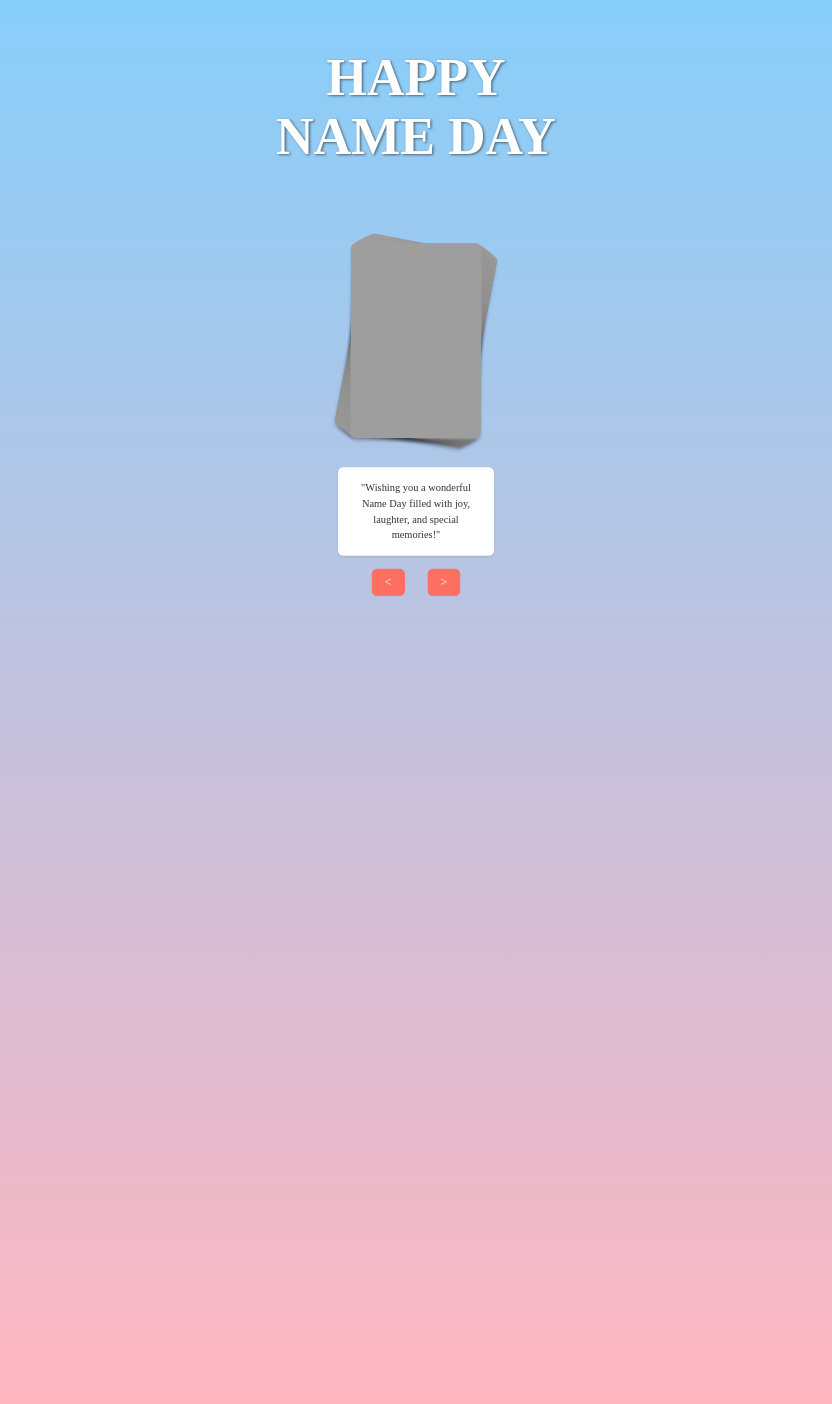
Repository: naps00/BIRTHDAY
Page: /details
An editor plug-in stored every save of this project. The page is shown before and after a run of saves, followed by the edit.
The browser window is 1280 px wide. The pictures show the whole page, at 65% of full size.
Pictures or frames that could not be fetched are drawn as grey boxes. The project was rebuilt for these pictures with package versions that can differ from the ones it lists, and the page was loaded fresh each time.

Above is the page before, as saved 2024-12-12 19:50:46.

### src/App.js
import React, { useState } from 'react';
import { BrowserRouter as Router, Route, Routes, Link } from 'react-router-dom';
import './App.css';
import Details from './details.js'; // นำเข้า Details.js

function Home() {
  const [showModal, setShowModal] = useState(false);

  // เมื่อวีดีโอจบ ให้แสดง modal
  const handleVideoEnd = () => {
    setShowModal(true);
  };

  return (
    <div className="App">
      <div className="container">
        <div className="text-section" style={{ flex: 1, display: 'flex', flexDirection: 'column', justifyContent: 'center', alignItems: 'center', textAlign: 'center', height: '100vh', color: 'black', fontSize: 'calc(3vw + 0vh)', fontWeight: 'bold' }}>
          <h2>HAPPY BIRTHDAY !!</h2>
          <p>MY LOVE ♡ </p>
          <img src="https://img2.pic.in.th/pic/fc8c0bdfae313c2ffd700a21b05915d6-removebg-preview.png" alt="Happy Birthday Decoration" style={{width: '200px', height: '200PX' }} />
        </div>

        <div className="video-section">
          <video
            className="video-player"
            controls
            onEnded={handleVideoEnd}
          >
            <source src="https://v1.pinimg.com/videos/mc/720p/3d/2a/3c/3d2a3ca4078af4f14258938781ed5f8e.mp4" type="video/mp4" />
            Your browser does not support the video tag.
          </video>
        </div>
      </div>

      {/* Modal */}
      {showModal && (
        <div className="modal-backdrop">
          <div className="modal-content">
            <h2>Are you ready?</h2>
            {/* เปลี่ยนปุ่ม "ปิด" ให้เป็นลิงค์ไปยังหน้า /details */}
            <Link to="/details">
              <button className="pulse">GO !!</button>
            </Link>
          </div>
        </div>
      )}

      {/* เพิ่มอิโมจิที่วิ้งๆ */}
      <div className="emoji">🌟</div>
      <div className="emoji2">✨</div>
      <div className="emoji3">💕</div>

    </div>
  );
}

function App() {
  return (
    <Router>
      <Routes>
        <Route path="/" element={<Home />} />
        <Route path="/details" element={<Details />} /> {/* เพิ่มเส้นทางสำหรับหน้า /details */}
      </Routes>
    </Router>
  );
}

export default App;

### src/App.css
/* การจัด layout ของแอปพลิเคชัน */
.App {
  background-color: white;
  min-height: 100vh;
  display: flex;
  justify-content: center;
  align-items: center;
}

/* ส่วนที่ใช้จัด layout */
.container {
  display: flex;
  flex-direction: row; /* แบ่งพื้นที่ออกเป็น 2 ส่วน */
  width: 100%;
  height: 100vh;
}

/* ส่วนข้อความ */
.text-section {
  flex: 1;
  display: flex;
  flex-direction: column;
  justify-content: center;
  align-items: center;
  padding: 20px;
  background-color: #f9f9f9;
}

.text-section h1 {
  margin-bottom: 20px;
}

/* ส่วนวีดีโอ */
.video-section {
  flex: 1;
  display: flex;
  justify-content: center;
  align-items: center;
  background-color: #000;
}

.video-player {
  width: 100%; /* ให้วีดีโอเต็มความกว้าง */
  height: 100%; /* ให้วีดีโอเต็มความสูง */
  object-fit: cover; /* ปรับวีดีโอให้เต็มพื้นที่โดยไม่เสียสัดส่วน */

/* การแสดง modal */
}
.modal-backdrop {
  position: fixed;
  top: 0;
  left: 0;
  width: 100%;
  height: 100%;
  background: rgba(0, 0, 0, 0.7);
  display: flex;
  justify-content: center;
  align-items: center;
  z-index: 100; /* ทำให้ modal อยู่เหนือสิ่งอื่น */
  animation: fadeInPop 0.5s ease-out;
}

/* เพิ่ม z-index ให้ modal-content */
.modal-content {
  background: white;
  padding: 20px;
  border-radius: 10px;
  text-align: center;
  box-shadow: 0 2px 10px rgba(0, 0, 0, 0.3);
  animation: slideUp 0.3s ease-out;
  z-index: 101; /* ทำให้เนื้อหาของ modal อยู่เหนือ backdrop */
}

/* การแอนิเมชัน fade-in และ pop-up สำหรับ modal backdrop */
@keyframes fadeInPop {
  0% {
    opacity: 0;
    transform: scale(0.8);
  }
  100% {
    opacity: 1;
    transform: scale(1);
  }
}

body {
  font-family: 'Coiny', cursive;
  margin: 0;
  padding: 0;
  box-sizing: border-box;
  background-color: #fef9ef;
  color: #333;
}

h1, h2, p {
  font-family: 'Coiny', cursive; /* ฟอนต์ใหม่สำหรับข้อความ */
}

button {
  font-family: 'Coiny', cursive;
  font-size: 1.2rem;
  background-color: #ff6f61;
  color: #fff;
  padding: 10px 20px;
  border: none;
  border-radius: 8px;
  cursor: pointer;
  transition: background-color 0.3s ease, transform 0.3s ease;
}

button:hover {
  background-color: #ff3d3d;
  transform: scale(1.1);
}

/* การแอนิเมชัน slide-up สำหรับ modal content */
@keyframes slideUp {
  0% {
    transform: translateY(20px);
    opacity: 0;
  }
  100% {
    transform: translateY(0);
    opacity: 1;
  }
}

.modal-content h2 {
  margin-bottom: 20px;
}

.modal-content button {
  padding: 10px 20px;
  background-color: #007bff;
  color: white;
  border: none;
  border-radius: 5px;
  cursor: pointer;
  transition: transform 0.3s ease, background-color 0.3s ease;
}

/* เอฟเฟกต์เมื่อ hover ปุ่ม */
.modal-content button:hover {
  background-color: #0056b3;
  transform: scale(1.1); /* ขยายขนาดปุ่มเมื่อ hover */
}

/* เอฟเฟกต์การเต้นของปุ่ม */
@keyframes pulse {
  0% {
    transform: scale(1);
    opacity: 1;
  }
  50% {
    transform: scale(1.1);
    opacity: 0.8;
  }
  100% {
    transform: scale(1);
    opacity: 1;
  }
}

.pulse {
  animation: pulse 1.5s infinite;
}

/* อิโมจิวิ้งๆ */
.emoji {
  position: fixed;
  top: 30%;
  right: 50%;
  font-size: 30px;
  animation: smoothBounce 1.4s infinite;
  z-index: 50; /* ทำให้ไอคอนอิโมจิอยู่ใต้ modal */
}
.emoji2 {
  position: fixed;
  top: 18%;
  right: 97%;
  font-size: 30px;
  animation: smoothBounce 1.5s infinite;
  z-index: 50; /* ทำให้ไอคอนอิโมจิอยู่ใต้ modal */
}
.emoji3 {
  position: fixed;
  top: 63%;
  right: 65%;
  font-size: 50px;
  animation: smoothBounce 3s infinite;
  z-index: 50; /* ทำให้ไอคอนอิโมจิอยู่ใต้ modal */
}
/* การกระพิบ */
/* @keyframes fadeInOut {
  0%, 100% {
    opacity: 0;
  }
  50% {
    opacity: 1;
  }
}

.fade {
  animation: fadeInOut 1s infinite;
} */

/* การแอนิเมชันวิ้ง */
@keyframes smoothBounce {
  0%, 100% {
    transform: translateY(0);
    opacity: 1;
  }
  25% {
    transform: translateY(-1px);
    opacity: 1;
  }
  50% {
    transform: translateY(-1px);
    opacity: 1;
  }
  75% {
    transform: translateY(5px);
    opacity: 1;
  }
}


/* การแอนิเมชัน zoom-in */
@keyframes zoomIn {
  0% {
    transform: scale(0.8);
    opacity: 0;
  }
  100% {
    transform: scale(1);
    opacity: 1;
  }
}

.zoom-in {
  animation: zoomIn 0.4s ease-out;
}

/* เอฟเฟกต์ fade-in สำหรับเนื้อหาที่โหลด */
.fade-in {
  opacity: 0;
  animation: fadeIn 1s forwards;
}

@keyframes fadeIn {
  from {
    opacity: 0;
  }
  to {
    opacity: 1;
  }
}

### src/details.js
import React, { useState } from 'react';
import { useSwipeable } from 'react-swipeable'; // นำเข้า useSwipeable
import './details.css';

function Details() {
  const images = [
    "https://img2.pic.in.th/pic/C14EEE1A-1C6E-4778-85B7-4833D53D43EB.jpeg",
    "https://img5.pic.in.th/file/secure-sv1/618E6171-BADE-42BC-A018-2EA60935F70F.jpeg",
    "https://img5.pic.in.th/file/secure-sv1/IMG_448429fe121e41b2f430.jpeg",
    "https://img5.pic.in.th/file/secure-sv1/IMG_64786800a538a371f8ae.jpeg",
    "https://img2.pic.in.th/pic/IMG_18254b9a0e0ef262515a.jpeg",
    "https://img2.pic.in.th/pic/IMG_750821c6a0b5848c84f8.jpeg",
    "https://img2.pic.in.th/pic/IMG_217360495c125ab56c81.jpeg",
    "https://img5.pic.in.th/file/secure-sv1/IMG_79057ffcc3e4b6cb96bc.jpeg",
    "https://img2.pic.in.th/pic/IMG_7834161695a4292d3799.jpeg",
    "https://img5.pic.in.th/file/secure-sv1/IMG_7833a600a5964cb97987.jpeg",
    "https://img5.pic.in.th/file/secure-sv1/IMG_7669dbd275c5d25b60ea.jpeg",
    "https://img2.pic.in.th/pic/IMG_791818c257fcaec84a84.jpeg"
  ];

  const [currentIndex, setCurrentIndex] = useState(0);

  const handlers = useSwipeable({
    onSwipedLeft: () => handleNext(),
    onSwipedRight: () => handlePrev(),
    preventDefaultTouchmoveEvent: true,
    trackMouse: true
  });

  const handleNext = () => {
    setCurrentIndex((currentIndex + 1) % images.length);
  };

  const handlePrev = () => {
    setCurrentIndex((currentIndex - 1 + images.length) % images.length);
  };

  return (
    <div className="details-page" style={{ overflowY: 'auto', maxHeight: '100vh', padding: '20px' }}>
      <div className="header-text" style={{ textAlign: 'center' }}>
        <h1>HAPPY <br /> NAME DAY</h1>
      </div>

      <div className="card-stack" {...handlers} style={{ position: 'relative', height: '350px', marginBottom: '20px' }}>
        {images.map((src, index) => {
          const zIndex = images.length - Math.abs(currentIndex - index);
          const rotation = (index - currentIndex) * 1; // การหมุนภาพ
          const offset = (index - currentIndex) * 0; // ระยะเลื่อน

          return (
            <img
              key={index}
              src={src}
              alt={`Slide ${index + 1}`}
              className="card"
              style={{
                zIndex: zIndex,
                position: 'absolute',
                left: '50%',
                top: '50%',
                transform: `translate(-50%, -50%) rotate(${rotation}deg)`,
                marginTop: `${offset}px`,
                width: '200px',
                height: '300px',
                borderRadius: '8px',
                boxShadow: '0 4px 6px rgba(0, 0, 0, 0.1)',
              }}
            />
          );
        })}
      </div>

      <div
        className="card-message"
        style={{
          margin: '0 auto',
          width: '90%',
          maxWidth: '200px',
          padding: '20px',
          borderRadius: '8px',
          backgroundColor: '#fff',
          boxShadow: '0 2px 4px rgba(0, 0, 0, 0.1)',
          textAlign: 'center',
          fontSize: '16px',
          lineHeight: '1.5',
        }}
      >
        "Wishing you a wonderful Name Day filled with joy, laughter, and special memories!"
      </div>

      <div className="controls" style={{ textAlign: 'center', marginTop: '20px' }}>
        <button onClick={handlePrev} style={{ margin: '0 10px', padding: '10px 20px' }}>
          &lt;
        </button>
        <button onClick={handleNext} style={{ margin: '0 10px', padding: '10px 20px' }}>
          &gt;
        </button>
      </div>

      <audio autoPlay loop>
        <source src="https://www.soundhelix.com/examples/mp3/SoundHelix-Song-1.mp3" type="audio/mp3" />
        Your browser does not support the audio element.
      </audio>
    </div>
  );
}

export default Details;

### src/details.css
.details-page {
  display: flex;
  flex-direction: column;
  align-items: center;
  justify-content: flex-start;
  min-height: 300vh; /* กำหนดความสูงขั้นต่ำ */
  background: linear-gradient(to bottom, #87CEFA, #FFB6C1);
  padding: 40px; /* เพิ่มระยะห่างจากขอบ */
  overflow-y: auto; /* ให้เลื่อนแนวตั้งได้ */
  box-sizing: border-box;
}

.card-stack {
  position: relative;
  width: 100%; /* ใช้พื้นที่เต็มความกว้าง */
  max-width: 400px; /* จำกัดขนาดความกว้าง */
  margin-top: 40px; /* เพิ่มระยะห่างระหว่างภาพกับส่วนบน */
  display: flex;
  flex-direction: column; /* จัดเรียงแนวตั้ง */
  align-items: center;
  gap: 20px; /* ระยะห่างระหว่างแต่ละรูป */
}
.header-text {
  text-align: center;
  color: white;
  text-shadow: 2px 2px 4px rgba(0, 0, 0, 0.5);
  font-size: 2.5rem;
}
.card {
  width: 200px; /* เพิ่มขนาดความกว้าง */
  height: 300px; /* เพิ่มขนาดความสูง */
  border-radius: 10px;
  box-shadow: 0 40px 8px rgba(0, 0, 0, 0.2);
}

.text-box {
  margin-top: 30px; /* เพิ่มระยะห่างระหว่างภาพและข้อความ */
  padding: 20px; /* ขยายพื้นที่ข้อความ */
  width: 100%;
  max-width: 500px; /* ขยายขนาดกล่องข้อความ */
  background: #ffffff;
  border: 1px solid #ddd;
  border-radius: 10px;
  box-shadow: 0 4px 8px rgba(0, 0, 0, 0.1);
  text-align: center; /* จัดข้อความให้อยู่กึ่งกลาง */
  font-size: 18px; /* เพิ่มขนาดตัวอักษร */
  line-height: 1.6; /* เพิ่มความสูงระหว่างบรรทัด */
}

.controls {
  margin-top: 30px; /* ระยะห่างระหว่างปุ่มกับข้อความ */
  display: flex;
  justify-content: center;
  gap: 15px; /* เพิ่มระยะห่างระหว่างปุ่ม */
}

Loaded but not shown: public/index.html (common file); src/index.js (common file); src/index.css (common file); src/reportWebVitals.js (common file)

After the next 3 saves:
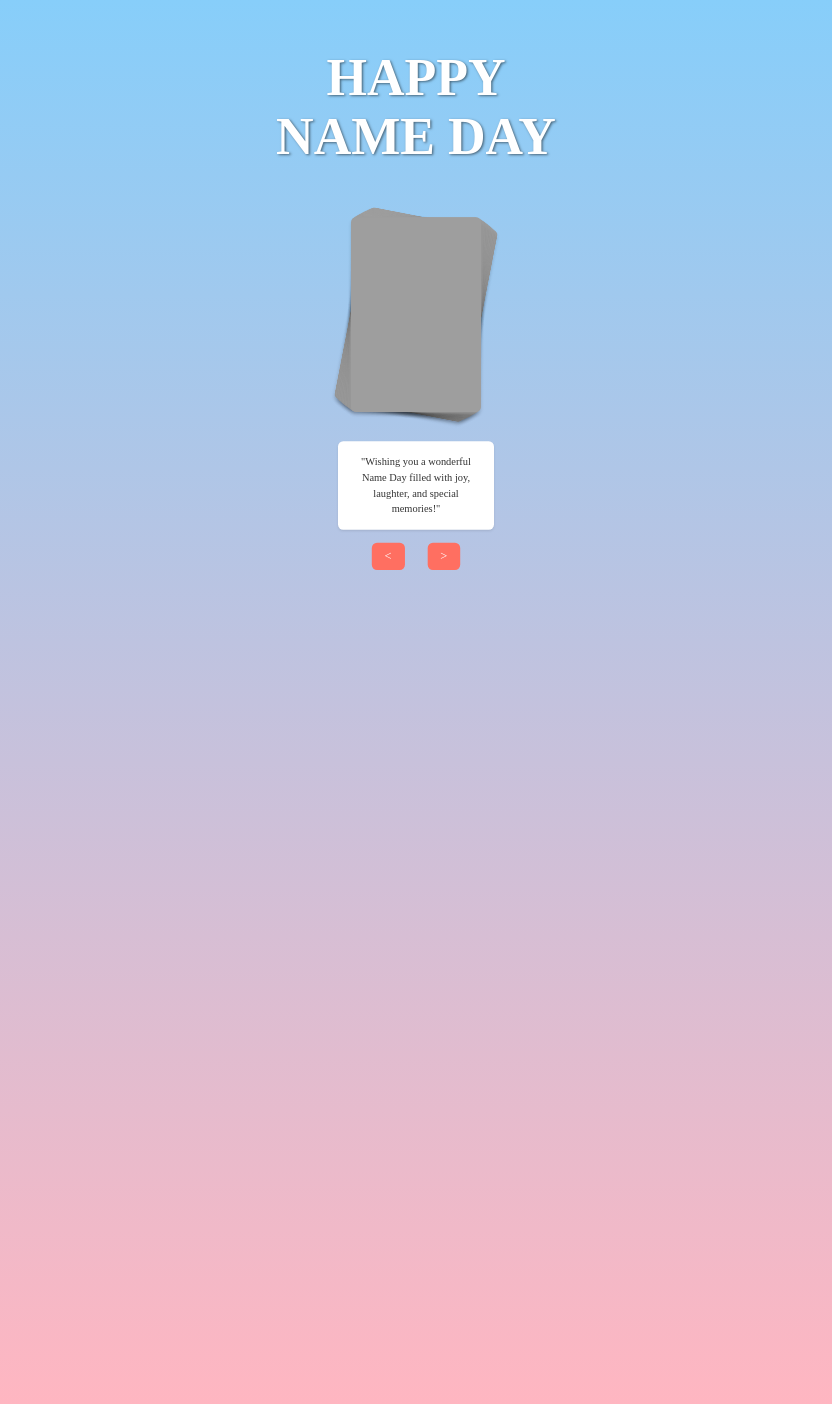
The 3 saves are shown as one change because they came seconds apart.
The last was saved 31 s later.
--- a/src/details.css
+++ b/src/details.css
@@ -14,7 +14,7 @@
   position: relative;
   width: 100%; /* ใช้พื้นที่เต็มความกว้าง */
   max-width: 400px; /* จำกัดขนาดความกว้าง */
-  margin-top: 40px; /* เพิ่มระยะห่างระหว่างภาพกับส่วนบน */
+  margin-top: 0px; /* เพิ่มระยะห่างระหว่างภาพกับส่วนบน */
   display: flex;
   flex-direction: column; /* จัดเรียงแนวตั้ง */
   align-items: center;
@@ -30,7 +30,7 @@
   width: 200px; /* เพิ่มขนาดความกว้าง */
   height: 300px; /* เพิ่มขนาดความสูง */
   border-radius: 10px;
-  box-shadow: 0 40px 8px rgba(0, 0, 0, 0.2);
+  box-shadow: 0 4px 8px rgba(0, 0, 0, 0.2);
 }
 
 .text-box {
